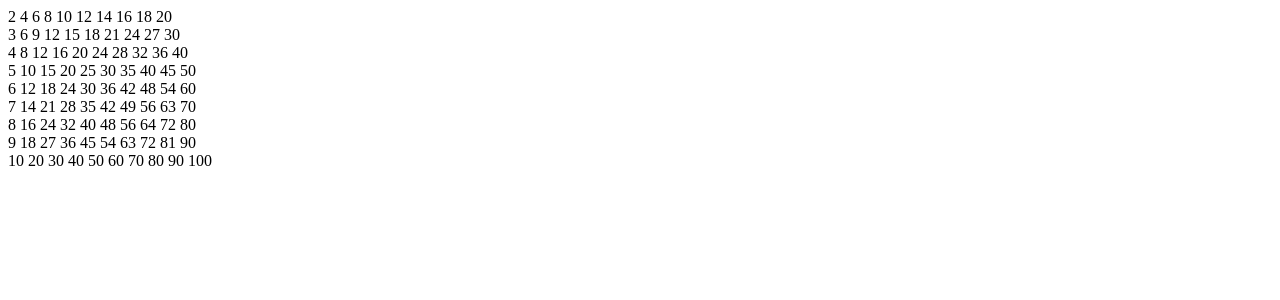
Repository: poornimakole/PRJS
Page: JS/JSDemo/WebContent/xyz.html
The author's editor kept a copy of each file at every save. The page is drawn from the files as they stood at one save, then again after the next save.
The browser window is 1280 px wide. The pictures show the whole page.
Some web libraries are served in a nearby version.

Above is the page before, as saved 2017-11-18 08:52:01.

### JS/JSDemo/WebContent/xyz.html
<!DOCTYPE html>
<html>
<head>
<meta charset="ISO-8859-1">
<title>Insert title here</title>
<script src="https://ajax.googleapis.com/ajax/libs/jquery/2.1.4/jquery.min.js"></script>
</head>
<body>
   <script>
        $(function(){
        	var worker;

        		worker=new Worker('GenerateTable.js');
                worker.onmessage=function(event)
                {
                    $("body").append(event.data);
                }

        })
   </script>
</body>
</html>

### JS/JSDemo/WebContent/GenerateTable.js
for (var i =2; i <=10; i++) {
  for (var j = 1; j <=10; j++) {
    postMessage(i*j);
    postMessage(" ");
  };
  postMessage("<br>");
}

After the next save:
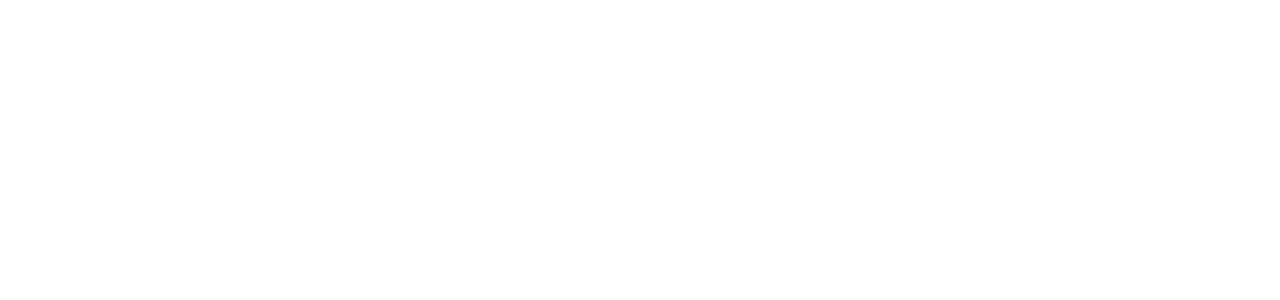
Console error: TypeError: window.write is not a function
Saved 73 s later.
--- a/JS/JSDemo/WebContent/xyz.html
+++ b/JS/JSDemo/WebContent/xyz.html
@@ -9,7 +9,7 @@
    <script>
         $(function(){
         	var worker;
-
+        	    window.write("loading.....");
         		worker=new Worker('GenerateTable.js');
                 worker.onmessage=function(event)
                 {

After the save that followed:
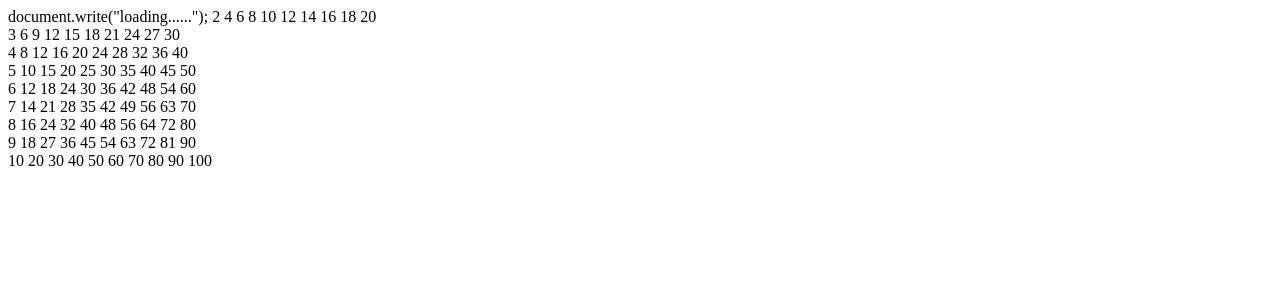
The error is gone.
Saved 80 s later.
--- a/JS/JSDemo/WebContent/xyz.html
+++ b/JS/JSDemo/WebContent/xyz.html
@@ -6,10 +6,11 @@
 <script src="https://ajax.googleapis.com/ajax/libs/jquery/2.1.4/jquery.min.js"></script>
 </head>
 <body>
+       document.write("loading......");
    <script>
         $(function(){
         	var worker;
-        	    window.write("loading.....");
+
         		worker=new Worker('GenerateTable.js');
                 worker.onmessage=function(event)
                 {
